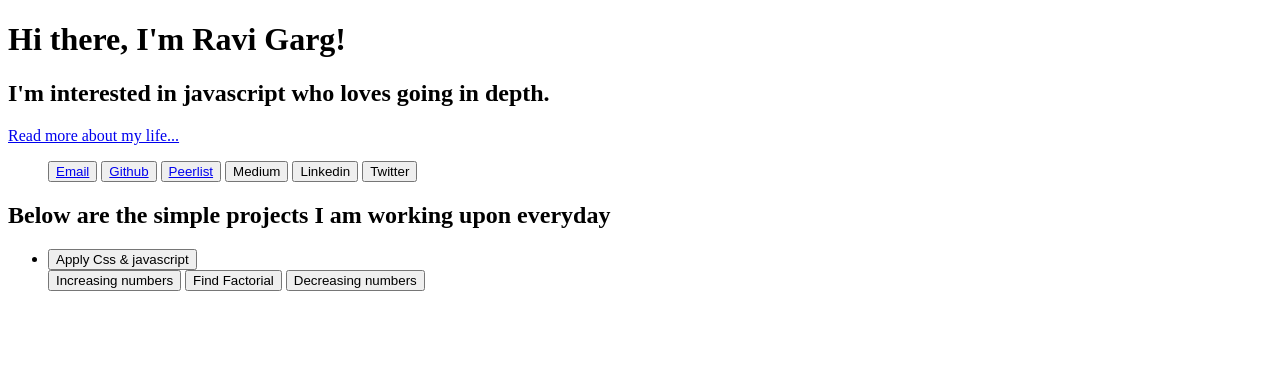
Repository: ravigarg001/musafir
Page: index.html
These files come from the project's save history. The page is drawn as it stood at one moment and after a run of saves; the edit follows.
The browser window is 1280 px wide. The pictures show the whole page.

Above is the page before, as saved 2022-05-02 09:21:13.

After the next 2 saves:
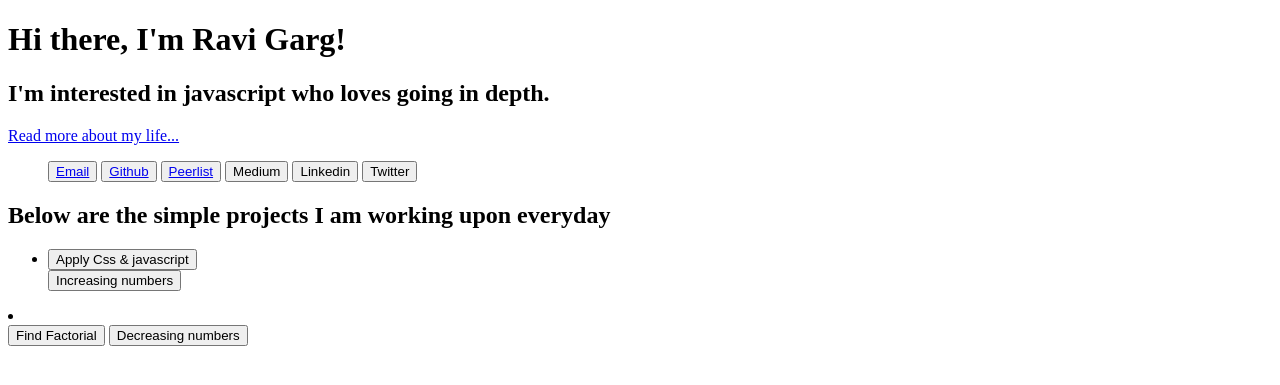
The 2 saves are shown as one change because they came seconds apart.
The last was saved 13 s later.
--- a/index.html
+++ b/index.html
@@ -26,7 +26,7 @@
 <h2>Below are the simple projects I am working upon everyday</h2>
 <ul>
   <li><button class="cssAdder" onclick="addCssAndJs()">Apply Css & javascript</button></li>
-  <button onclick="inputNumber1()">Increasing numbers </button>
+  <button onclick="inputNumber1()">Increasing numbers </button></ul><li></li>
   <button onclick="inputNumber()">Find Factorial</button>
   <button onclick="inputNumber2()">Decreasing numbers</button>
 </ul>
